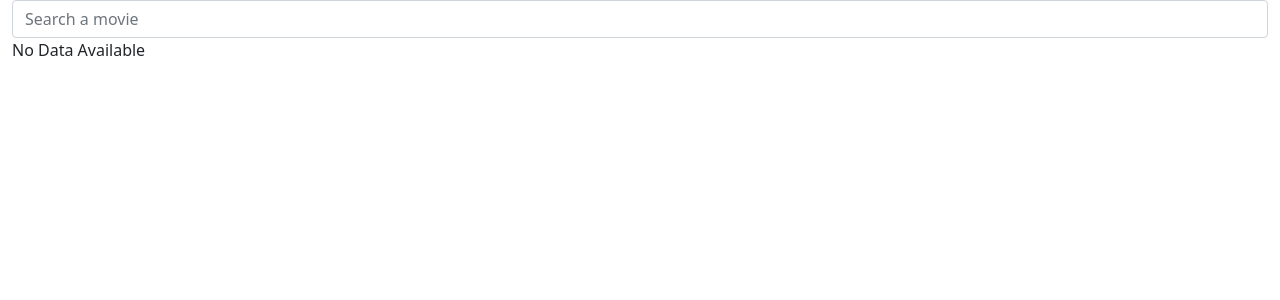
Repository: anirudhbichal/OMDBList
Page: /
These files come from the project's save history. The page is drawn as it stood at one moment and after the next save; the edit follows.
The browser window is 1280 px wide. The pictures show the whole page.
The project was rebuilt for these pictures with package versions that can differ from the ones it lists, and the page was loaded fresh each time. Also part of the build but not shown: src/App.css, src/components/MovieList.js.

Above is the page before, as saved 2022-01-16 21:59:32.

After the next save:
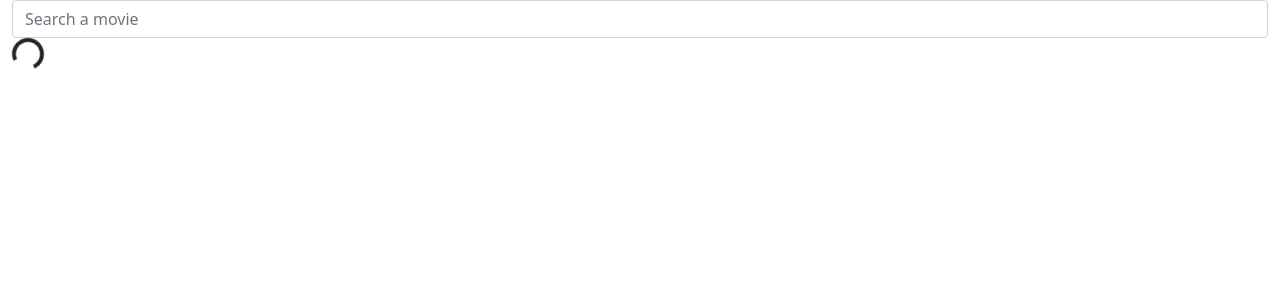
Saved 2 min 59 s later.
--- a/src/App.js
+++ b/src/App.js
@@ -1,25 +1,30 @@
 import { useEffect, useState } from 'react';
 import './App.css';
 import 'bootstrap/dist/css/bootstrap.min.css';
-import { Container } from 'react-bootstrap';
+import { Container, Spinner } from 'react-bootstrap';
 import Search from './components/Search';
 import MovieList from './components/MovieList';
 
 function App() {
   const [searchvalue, setsearchvalue] = useState('');
   const [movies, setMovies] = useState([]);
+  const [loading, setLoading] = useState(false);
 
   function getFullMovieDetails (id) {
     return fetch(`http://www.omdbapi.com/?i=${id}&apikey=6c3a2d45`);
   }
 
   async function fetchSearchData (val) {
+    setLoading(true);
     let results = await fetch(`http://www.omdbapi.com/?s=${val}&apiKey=6c3a2d45`);
     results = await results.json();
     console.log(results);
     results && results.Search && Promise.all(results.Search.map((r) => getFullMovieDetails(r.imdbID)))
       .then(async(res)=> Promise.all(res.map(async(data) => await data.json())))
-      .then(data => setMovies(data));
+      .then(data => {
+        setMovies(data);
+        setLoading(false);
+      });
   };
 
   useEffect(() => {
@@ -31,7 +36,12 @@
   return (
     <Container fluid>
       <Search searchvalue={setsearchvalue} />
-      {movies.length > 0 ? <MovieList movieData={movies}/> : <p>No Data Available</p> }
+      {
+        loading ? (movies.length > 0  ? <MovieList movieData={movies}/> : <p>No Data Available</p>) :
+        <Spinner animation="border" role="status">
+          <span className="visually-hidden">Loading...</span>
+        </Spinner>
+      }
     </Container>
   );
 }

After the save that followed:
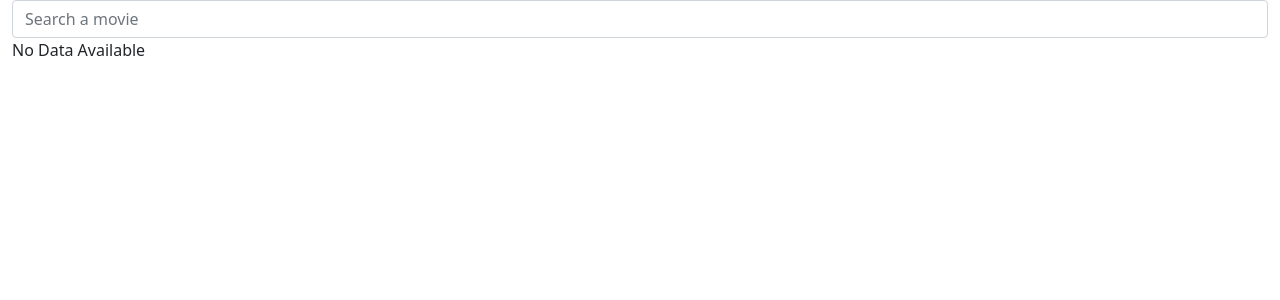
Saved 24 s later.
--- a/src/App.js
+++ b/src/App.js
@@ -37,7 +37,7 @@
     <Container fluid>
       <Search searchvalue={setsearchvalue} />
       {
-        loading ? (movies.length > 0  ? <MovieList movieData={movies}/> : <p>No Data Available</p>) :
+        !loading ? (movies.length > 0  ? <MovieList movieData={movies}/> : <p>No Data Available</p>) :
         <Spinner animation="border" role="status">
           <span className="visually-hidden">Loading...</span>
         </Spinner>
